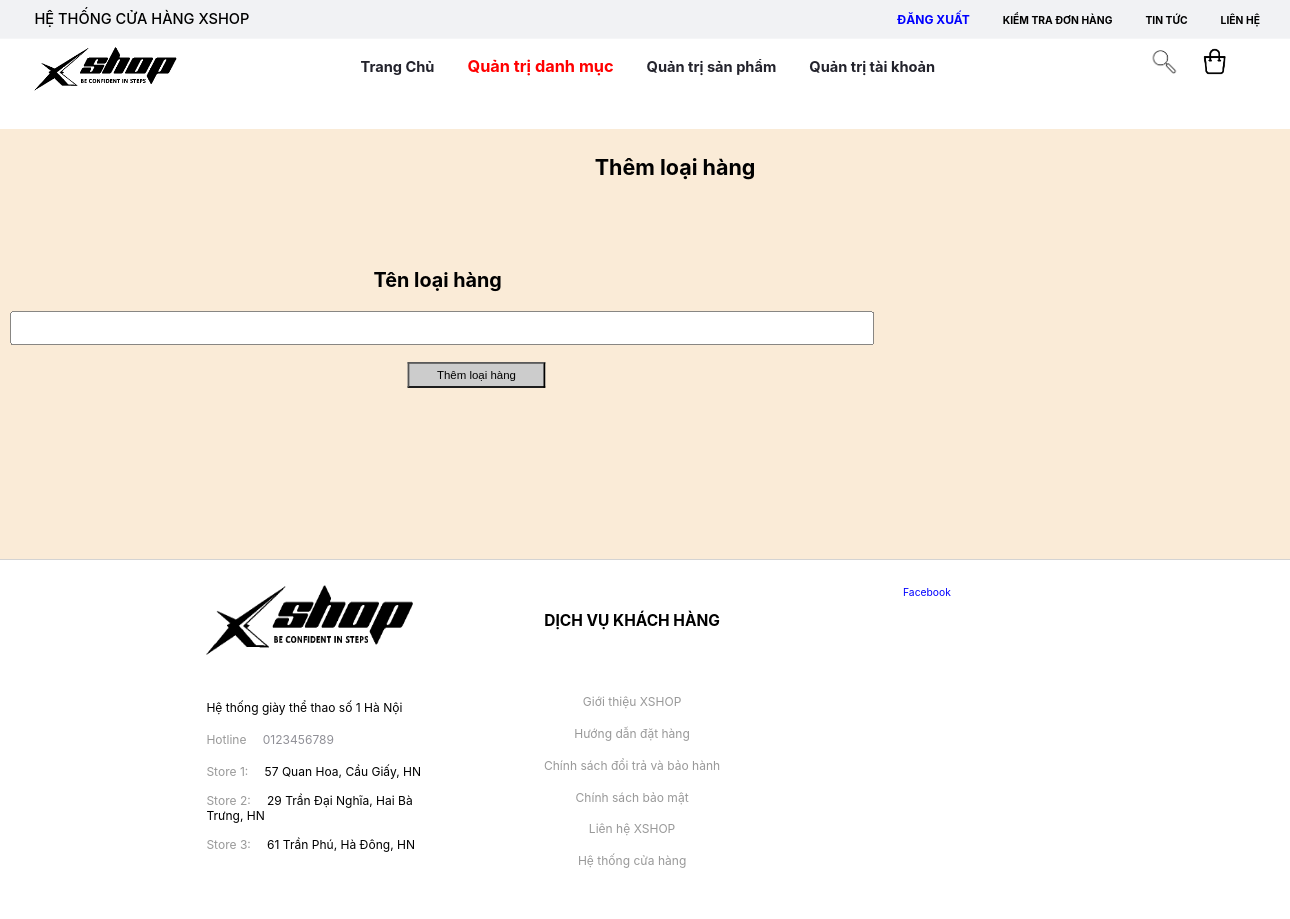
Repository: tienaq123/dam
Page: http://localhost/ass/ad/themdanhmuc.php
These files come from the project's save history. The page is drawn as it stood at one moment and after the next save; the edit follows.
The browser window is 1280 px wide. The page is 1500 px wide, so the pictures cover 1500 px, including what lies to the right of the window. The pictures show the whole page, at 86% of full size.
The page is run by PHP 8.4 with error messages shown; the project is at /var/www/html/.

Above is the page before, as saved 2021-10-14 06:10:41.

After the next save:
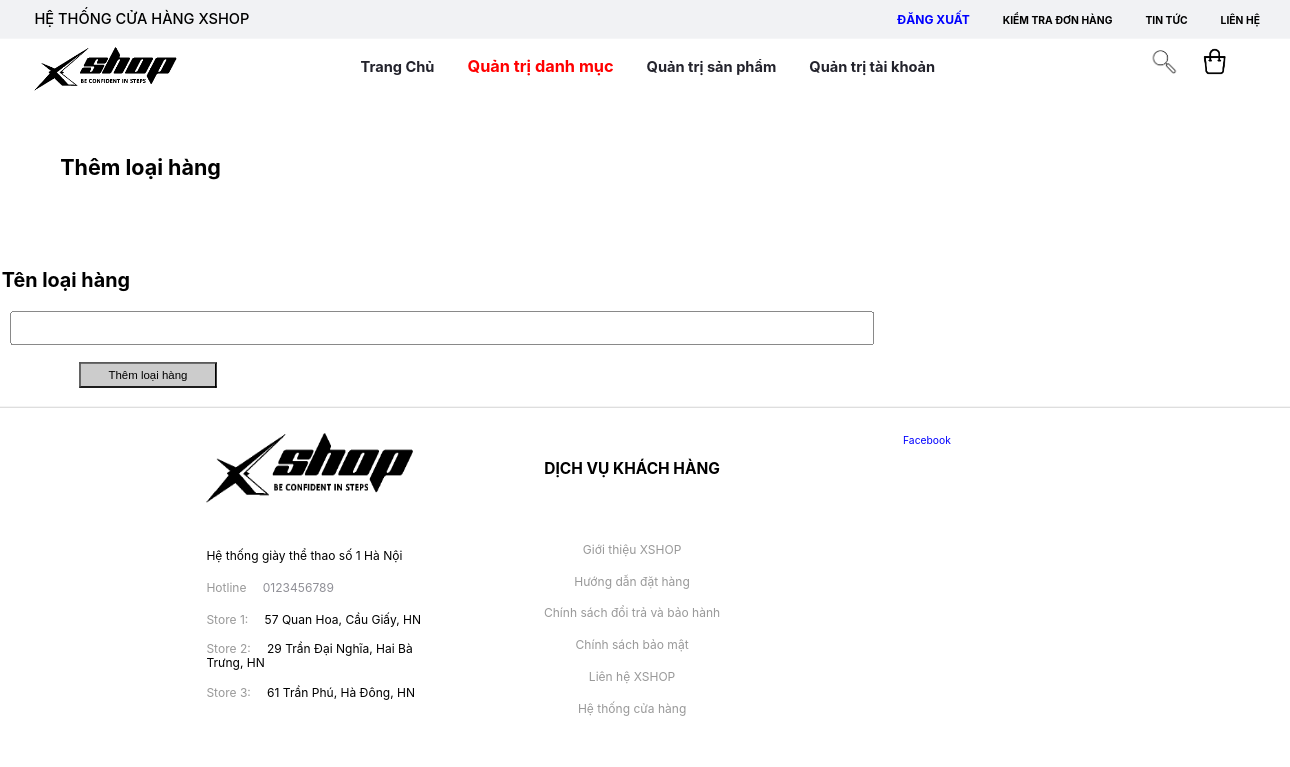
Saved 21 s later.
--- a/css/themdm.css
+++ b/css/themdm.css
@@ -128,11 +128,11 @@
     margin-right: 20px;
 }
 
-main {
+/* main {
     text-align: center;
     min-height: 500px;
     background: antiquewhite;
-}
+} */
 
 
 

After the save that followed:
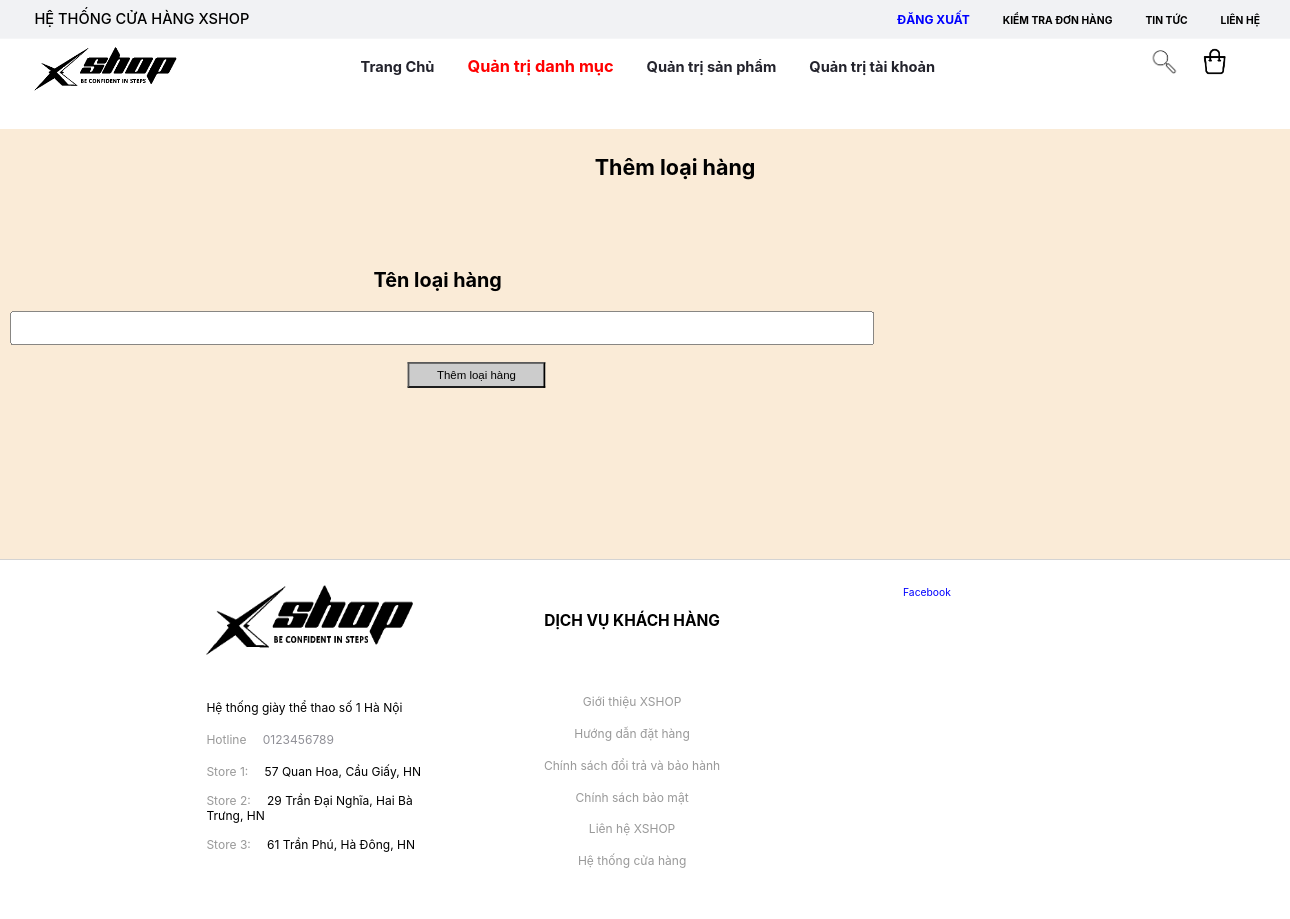
Saved 8 s later.
--- a/css/themdm.css
+++ b/css/themdm.css
@@ -128,11 +128,11 @@
     margin-right: 20px;
 }
 
-/* main {
+main {
     text-align: center;
     min-height: 500px;
     background: antiquewhite;
-} */
+}
 
 
 
